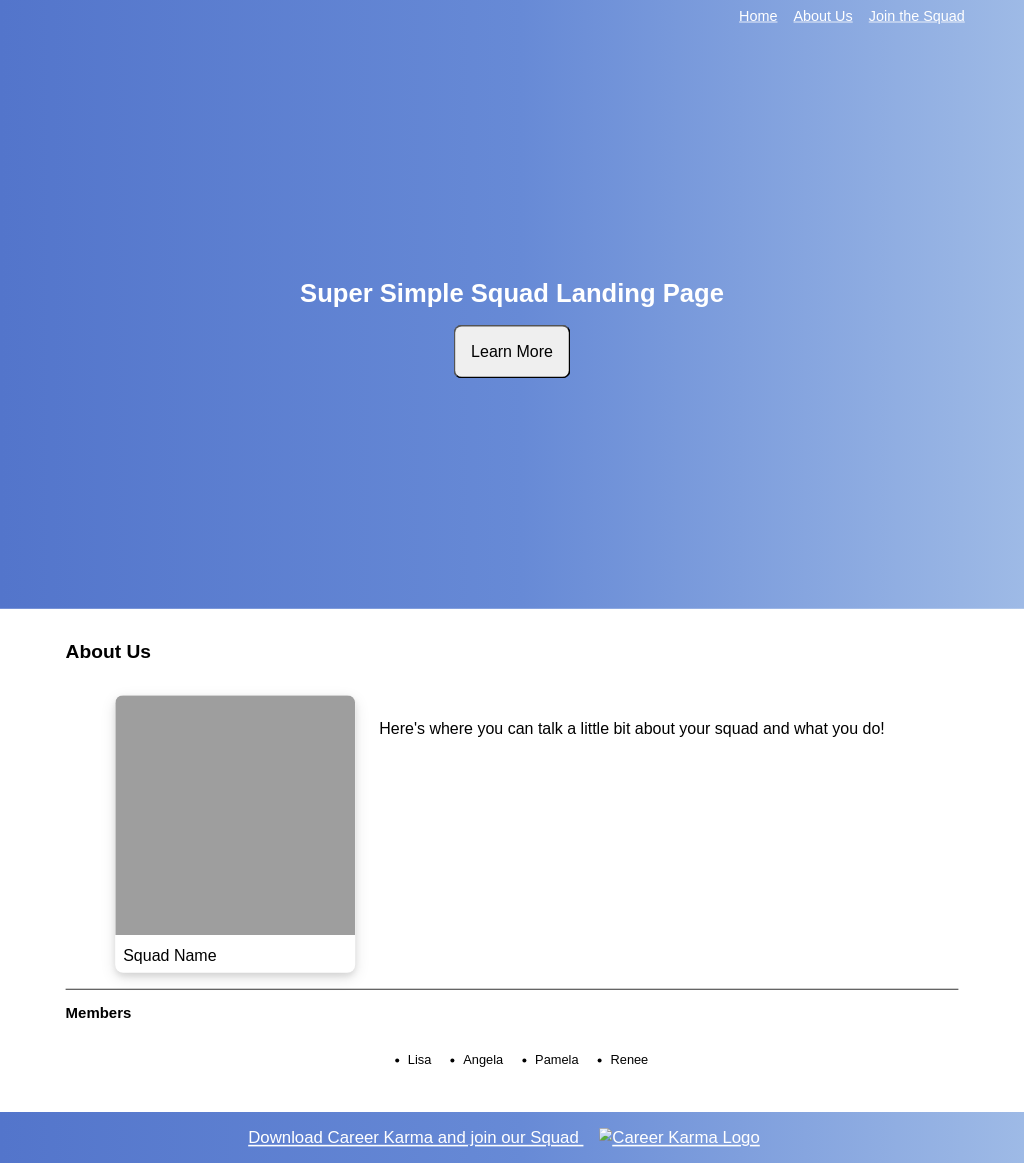
Repository: 365dayschallenge/interface_uniliver
Page: careers.html
An editor plug-in stored every save of this project. The page is shown before and after the next save, followed by the edit.
The browser window is 1280 px wide. The pictures show the whole page, at 80% of full size.
Pictures or frames that could not be fetched are drawn as grey boxes. Some web fonts or font styles are not loaded; a fallback is used.

Above is the page before, as saved 2022-12-19 15:14:56.
Not found: images/ck_logo.png

### careers.html
<!DOCTYPE html>
<!DOCTYPE html>
<html>
<head>
<title>Careers</title>
<meta charset="UTF-8">
<meta name="viewport" content="width=device-width, initial-scale=1">
<link rel="stylesheet" href="./css/careers.css">
</head>
 <body>
    <nav>
      <a href="#">Home</a>
      <a href="#about-us">About Us</a>
      <a href="#join-us">Join the Squad</a>
    </nav>
    <header>
      <h1>Super Simple Squad Landing Page</h1>
      <a href="#about-us"><button>Learn More</button></a>
    </header>
    <section class="about" id="about-us">
      <div class="container">
        <h2>About Us</h2>
        <div class="info-boxes">
          <div class="squad-info">
            <!-- Replace this image with your squad photo -->
            <div class="profile">
              <img src="https://placekitten.com/300" alt="kitten" />
              <p>Squad Name</p>
            </div>

            <div class="squad-description">
              <p>
                Here's where you can talk a little bit about your squad and what
                you do!
              </p>
            </div>
          </div>
        </div>
        <div class="info-boxes">
          <div class="member-list">
            <h3>Members</h3>
            <ul>
              <li>Lisa</li>
              <li>Angela</li>
              <li>Pamela</li>
              <li>Renee</li>
            </ul>
          </div>
        </div>
      </div>
    </section>
    <footer id="join-us">
      <div class="join">
        <a href="https://ck.chat/gf6h9d">
          Download Career Karma and join our Squad
          <img src="images/ck_logo.png" alt="Career Karma Logo"
        /></a>
      </div>
    </footer>
  </body>
</html>

### css/careers.css
@font-face {
  font-family: 'Poppins';
  font-style: normal;
  font-weight: 400;
  font-display: swap;
  src: local('Poppins Regular'), local('Poppins-Regular'), url(https://fonts.gstatic.com/s/poppins/v6/pxiEyp8kv8JHgFVrJJfedw.ttf) format('truetype');
}
@font-face {
  font-family: 'Rubik';
  font-style: normal;
  font-weight: 400;
  font-display: swap;
  src: local('Rubik'), local('Rubik-Regular'), url(https://fonts.gstatic.com/s/rubik/v8/iJWKBXyIfDnIV7nBrXk.ttf) format('truetype');
}
html {
  font-size: 62.5%;
}
body {
  font-family: "Rubik", sans-serif;
  font-size: 1.6rem;
  background: #5375cb;
  background: linear-gradient(90deg, #5375cb 0%, #678ad6 51%, #9ebae6 100%);
  margin: 0;
}
h1,
h2,
h3,
h4,
h5,
h6 {
  font-family: "Poppins", sans-serif;
}
nav {
  display: flex;
  flex-direction: row;
  justify-content: flex-end;
  flex-wrap: wrap;
  width: 90%;
  margin: auto;
}
nav a {
  margin: 1rem;
  color: white;
  font-size: 1.8rem;
}
header {
  height: 100vh;
  display: flex;
  flex-direction: column;
  justify-content: center;
  flex-wrap: wrap;
  align-items: center;
}
header h1 {
  color: white;
  text-align: center;
  margin: 2rem auto;
}
header button {
  font-size: 2rem;
  border-radius: 1rem;
  cursor: pointer;
  padding: 2rem;
  outline: 0;
}
section {
  padding: 2rem;
  background-color: white;
}
section .container {
  width: 90%;
  margin: auto;
}
section .container h2 {
  margin: 2rem 0;
}
section .container .info-boxes .squad-info {
  display: flex;
  flex-direction: row;
  justify-content: center;
  flex-wrap: wrap;
  border-bottom: 1px solid black;
  padding: 2rem;
}
section .container .info-boxes .squad-info p {
  font-size: 2rem;
  margin: 1rem;
}
section .container .info-boxes .squad-info img {
  border-top-right-radius: 1rem;
  border-top-left-radius: 1rem;
}
section .container .info-boxes .squad-info .squad-description {
  margin: 2rem;
}
section .container .info-boxes .squad-info .profile {
  border-radius: 1rem;
  box-shadow: rgba(0, 0, 0, 0.1) 0 4px 8px 0, rgba(0, 0, 0, 0.11) 0 6px 20px 0;
}
section .container .info-boxes .member-list ul {
  display: flex;
  flex-direction: row;
  justify-content: center;
  flex-wrap: wrap;
}
section .container .info-boxes .member-list ul li {
  margin: 2rem;
}
footer .join {
  background-image: linear-gradient(90deg, #5375cb 0%, #678ad6 51%, #9ebae6 100%);
  margin: 0;
  padding: 2rem 0;
  text-align: center;
  width: 100%;
  display: flex;
  flex-direction: row;
  justify-content: center;
  flex-wrap: wrap;
}
footer .join a {
  color: white;
  font-size: 2.1rem;
}
footer .join img {
  margin: 0 2rem;
}

After the next save:
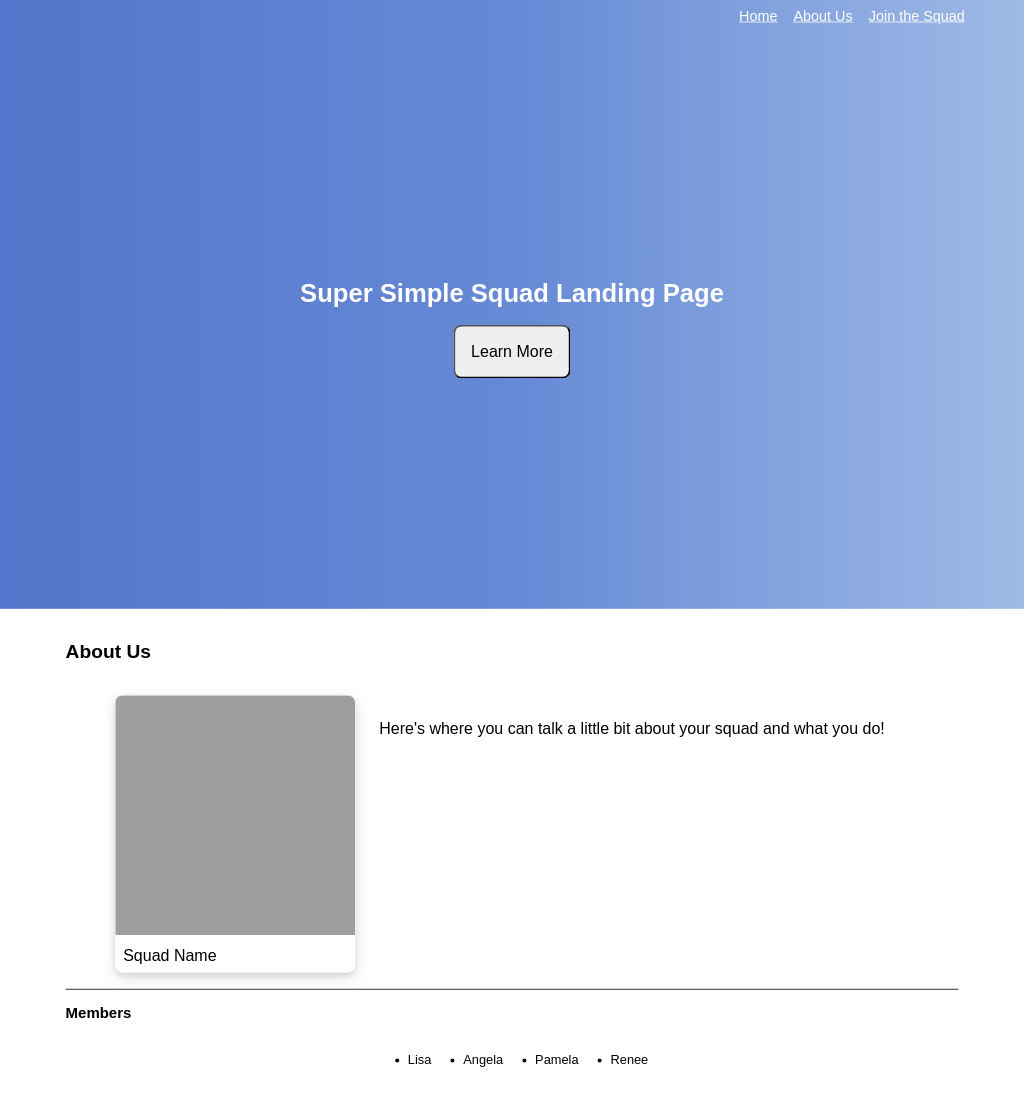
Saved 28 s later.
--- a/careers.html
+++ b/careers.html
@@ -49,13 +49,6 @@
         </div>
       </div>
     </section>
-    <footer id="join-us">
-      <div class="join">
-        <a href="https://ck.chat/gf6h9d">
-          Download Career Karma and join our Squad
-          <img src="images/ck_logo.png" alt="Career Karma Logo"
-        /></a>
-      </div>
-    </footer>
+
   </body>
 </html>
